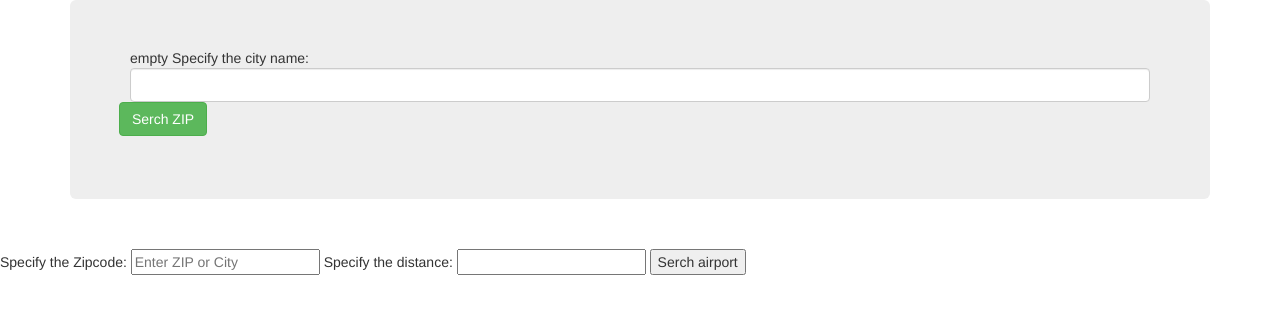
Repository: sjayach/CS320
Page: http://localhost/CS320/AirportDisplay
An editor plug-in stored every save of this project. The page is shown before and after the next save, followed by the edit.
The browser window is 1280 px wide. The pictures show the whole page.
The page is served by Tomcat 9. Other server files are loaded and not shown. Queries for data that is not in the repository find no rows.

Above is the page before, as saved 2015-06-14 05:39:47.

### CS320/WebContent/WEB-INF/jsp/homework3/Airports.jsp
<%@ page language="java" contentType="text/html; charset=ISO-8859-1"
    pageEncoding="ISO-8859-1"%>
    <%@ taglib prefix="c" uri="http://java.sun.com/jsp/jstl/core" %>
<!DOCTYPE html PUBLIC "-//W3C//DTD HTML 4.01 Transitional//EN" "http://www.w3.org/TR/html4/loose.dtd">
<html>
<head>
<meta http-equiv="Content-Type" content="text/html; charset=ISO-8859-1">
<link rel="stylesheet" href="https://maxcdn.bootstrapcdn.com/bootstrap/3.3.4/css/bootstrap.min.css">

<title>Insert title here</title>

</head>
<body>




 <div class="container">
<div class="jumbotron">
	<form  class="form-horizontal" action="AirportDisplay" method=post>
	<c:if test="${empty phonetic }">
		<c:out value="empty"></c:out>
	</c:if>
		<datalist id="cities">
			<c:forEach items="${ phonetic}" var="cityPhonetic">
    			<option value="${cityPhonetic}">

    		</c:forEach>
  		</datalist>
	Specify the city name:
	<input  class="form-control" type="text" name="city_name" list="cities">
	<div class="form-group">
	&nbsp;<input class="btn btn-success" type="submit" value="Serch ZIP" name="search_zip">
	</div>
	</form>
	</div>
	</div>
	<br />
	<form action="AirportDisplay" method=post>
		Specify the Zipcode:
		<input type="text" name="searchQuery" placeholder="Enter ZIP or City">
		Specify the distance:
		<input type="text" name="distance">
		<input type="submit" value="Serch airport" name="search_airport">
	</form>
	<c:if test="${not empty DisplayZip}">
		<div class="container">
			<table class="table table-bordered table-striped">
				<tr>
					<th>City</th>
					<th>ZipCode </th>
					<th>Map Thumbnail</th>
				</tr>
				<c:forEach items="${DisplayZip}" var="place" varStatus="stat">
					<tr>
						<td>${place.city}</td>
						<td>${place.zip}</td>
						<td><img alt="Map" src="https://maps.googleapis.com/maps/api/staticmap?&zoom=9&size=300x300&maptype=roadmap&markers=${place.latitude},${ place.longitude}"/></td>
					</tr>

				</c:forEach>
			</table>
		</div>
	</c:if>



	<c:if test="${not empty airports}">
		<div class="container">
			<table class="table table-bordered table-striped">
				<tr>
					<th>Airport</th>
					<th>Latitude</th>
					<th>Longitude</th>
					<th>Map Thumbnail</th>
				</tr>
				<c:forEach items="${ airports}" var="plot" varStatus="stat">
					<tr>
						<td>${plot.airport}</td>
						<td>${plot.latitude}</td>
						<td>${plot.longitude}</td>
						<td><img alt="Map" src="https://maps.googleapis.com/maps/api/staticmap?&zoom=9&size=300x300&maptype=roadmap&markers=${plot.latitude},${ plot.longitude}"/></td>


					</tr>
				</c:forEach>
			</table>

		</div>
	</c:if>

	<c:if test="${not empty cityAirport}">
		<div class="container">
			<table class="table table-bordered table-striped">
				<tr>
					<th>Airport</th>
				</tr>
				<c:forEach items="${cityAirport}" var="airport" varStatus="stat">
					<tr>
						<c:if test="${not empty airport}">
						<td>${airport}</td>
						</c:if>
					</tr>
				</c:forEach>
			</table>

		</div>
	</c:if>
	<c:if test="${not empty myVar}">
		<img alt="Map" src="https://maps.googleapis.com/maps/api/staticmap?&zoom=9&size=600x300&maptype=roadmap${myVar}">
	</c:if>
</body>
</html>

### CS320/src/homework3/AirportDisplay.java
package homework3;

import homework2.CS320User;

import java.io.IOException;
import java.sql.Connection;
import java.sql.Driver;
import java.sql.DriverManager;
import java.sql.ResultSet;
import java.sql.Statement;
import java.util.ArrayList;
import java.util.Arrays;
import java.util.HashSet;
import java.util.List;
import java.util.Set;

import javax.servlet.ServletContext;
import javax.servlet.ServletException;
import javax.servlet.annotation.WebServlet;
import javax.servlet.http.HttpServlet;
import javax.servlet.http.HttpServletRequest;
import javax.servlet.http.HttpServletResponse;

/**
 * Servlet implementation class AirportDisplay
 */
@WebServlet("/AirportDisplay")
public class AirportDisplay extends HttpServlet {
	private static final long serialVersionUID = 1L;
    private static int hit_counter = 0;

	public double calculateDistance(double lat1, double lon1, double lat2, double lon2) {


		double R = 6372.8;



        double dLat = Math.toRadians(lat2 - lat1);
        double dLon = Math.toRadians(lon2 - lon1);
        lat1 = Math.toRadians(lat1);
        lat2 = Math.toRadians(lat2);

        double a = Math.sin(dLat / 2) * Math.sin(dLat / 2) + Math.sin(dLon / 2) * Math.sin(dLon / 2) * Math.cos(lat1) * Math.cos(lat2);
        double c = 2 * Math.asin(Math.sqrt(a));
        return R * c;


	}


	public void init() throws ServletException {
		ServletContext context = this.getServletContext();
		if (context.getAttribute("PhoneticContext") == null) {
			String host = "cs3.calstatela.edu";
			String port = "3306";
			String dbName = "cs320stu47";
			String username = "cs320stu47";
			String password = "..7qX4#g";

			String url = "jdbc:mysql://" + host + ":" + port + "/" + dbName;

			try{
				// Dynamically include the MySQL Driver
				Class.forName("org.gjt.mm.mysql.Driver").newInstance();

				// Instantiate the Driver
				Driver driver = new org.gjt.mm.mysql.Driver();

				// Connect to the Database
				Connection connection =
						DriverManager.getConnection(url, username, password);

				// Create a Statement
				Statement statement = connection.createStatement();


				String phonetic_query = "SELECT city FROM zipcodes";
				ResultSet rs = statement.executeQuery(phonetic_query);
				List <String> phonetic = new ArrayList<String>();
				while ( rs.next() ){
					phonetic.add (rs.getString("city"));
				}
				Set<String> hs = new HashSet<>();
				hs.addAll(phonetic);
				phonetic.clear();
				phonetic.addAll(hs);
				System.out.println("phonetic" + phonetic.size());
				context.setAttribute("PhoneticContext", phonetic);
				connection.close();
			} catch(Exception e) {System.out.println("exception");}
		}
	}

	protected void doGet(HttpServletRequest request, HttpServletResponse response) throws ServletException, IOException {
		 ServletContext context = this.getServletContext();
		List<String> phonetic = (List<String>) context.getAttribute("PhoneticContext");
		request.setAttribute("phonetic", phonetic);
		request
		.getRequestDispatcher("/WEB-INF/jsp/homework3/Airports.jsp")
		.forward(request, response);
	}


	protected void doPost(HttpServletRequest request, HttpServletResponse response) throws ServletException, IOException {
		String host = "cs3.calstatela.edu";
		String port = "3306";
		String dbName = "cs320stu47";
		String username = "cs320stu47";
		String password = "..7qX4#g";

		String url = "jdbc:mysql://" + host + ":" + port + "/" + dbName;

		try{
			// Dynamically include the MySQL Driver
			Class.forName("org.gjt.mm.mysql.Driver").newInstance();

			// Instantiate the Driver
			Driver driver = new org.gjt.mm.mysql.Driver();

			// Connect to the Database
			Connection connection =
					DriverManager.getConnection(url, username, password);

			// Create a Statement
			Statement statement = connection.createStatement();

			// Create the Query

			ArrayList<AirportBean> zip_op =
					new ArrayList<AirportBean>();
			// Query the Database and get a reference to a Result Set
			if (request.getParameter("search_zip") != null ||
					request.getParameter("searchQuery") != null) {

				boolean isCity = true;
				String city_name = null;
				if (request.getParameter("searchQuery") != null) {
					try {
						int zip = Integer.parseInt(request.getParameter("searchQuery"));
						isCity = false;
					} catch(NumberFormatException e) {
						city_name = request.getParameter("searchQuery");
						isCity=true;
					}
				} else
					city_name=request.getParameter("city_name");

				if (isCity) {

					String query = "SELECT * FROM zipcodes WHERE city LIKE '%" + city_name + "%'";
					ResultSet resultSet = statement.executeQuery(query);

					while ( resultSet.next() ){
						String zip = resultSet.getString("zip");
						String city = resultSet.getString("city");
						double lat = resultSet.getDouble("latitude");
						double lon = resultSet.getDouble("longitude");
						zip_op.add(new AirportBean(zip, city, lat, lon));
					}
					if(request.getParameter("searchQuery") == null)
						request.setAttribute("DisplayZip", zip_op);
				}
			}


			if (request.getParameter("search_airport") != null) {
				String city;
				int zipcode = 0;
				boolean isZip;
				double distance = Double.parseDouble(request.getParameter("distance"));
				String airportQuery= "SELECT * FROM airports;";
				try {
					zipcode = Integer.parseInt(request.getParameter("searchQuery"));
					isZip = true;
				}
				catch(NumberFormatException e) {
					isZip = false;
				}




				if (isZip) {
					String queryname = "SELECT * FROM zipcodes WHERE zip=" + zipcode;
					System.out.println("Query" +queryname);
					ResultSet resultSet = statement.executeQuery(queryname);
					System.out.println("isZip " +isZip);
					double latitude = 0;
					double longitude = 0;

					while(resultSet.next()) {
						latitude = resultSet.getDouble("latitude");
						longitude = resultSet.getDouble("longitude");
					}

					ResultSet resultSet1 = statement.executeQuery(airportQuery);
					double airLat;
					double airLon;
					ArrayList<AirportBean> display_airport =
							new ArrayList<AirportBean>();
					while(resultSet1.next()) {
						airLat = resultSet1.getDouble("Latitude");
						airLon = resultSet1.getDouble("Longitude");
						String airport = resultSet1.getString("Airport");
						double km = calculateDistance(latitude, longitude, airLat, airLon);
						if (km <= distance){
							System.out.println("Airport " + airport + " Latitude " + airLat + " Longitude " +airLon);
							display_airport.add(new AirportBean(airport, airLat, airLon ));
						}
					}
					request.setAttribute("airports", display_airport);

				} else {
					double airLat;
					double airLon;
					ArrayList<AirportBean> display_airport =
							new ArrayList<AirportBean>();
					String [] airport_name = new String[2048];
					int i = 0;
					System.out.println("before "  + airportQuery);
					ResultSet resultSet1 = statement.executeQuery(airportQuery);
					System.out.println("Executed");
					while(resultSet1.next()) {
						airLat = resultSet1.getDouble("Latitude");
						airLon = resultSet1.getDouble("Longitude");
						String airport = resultSet1.getString("Airport");
						System.out.println("airport is " +airport +airLat+airLon);
						display_airport.add(new AirportBean(airport, airLat, airLon ));
					}

					for(AirportBean zip : zip_op) {
						for(AirportBean air : display_airport) {
							double km = calculateDistance(zip.latitude, zip.longitude, air.latitude, air.longitude);
							if (km <= distance) {

										airport_name[i] = air.airport;
										i++;

							}
						}
					}
					// Remove the duplicate entries of airport
				    Set<String> stringSet = new HashSet<>(Arrays.asList(airport_name));
				    String[] filteredArray = stringSet.toArray(new String[0]);
					for(i=0; i <filteredArray.length; i++)
						System.out.println( i +"Airport" +filteredArray[i]);
					request.setAttribute("cityAirport", filteredArray);

				}
			}
			connection.close();

		}catch(Exception e){};
		doGet(request,response);
	}

}

After the next save:
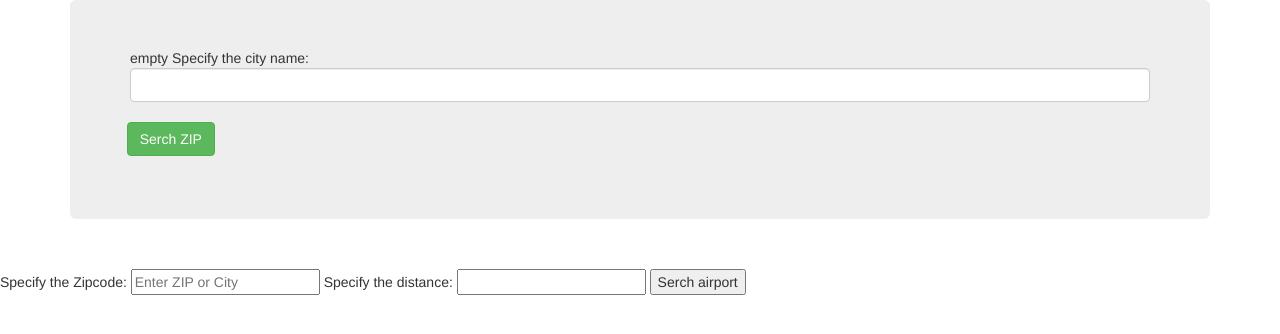
Saved 32 s later.
--- a/CS320/WebContent/WEB-INF/jsp/homework3/Airports.jsp
+++ b/CS320/WebContent/WEB-INF/jsp/homework3/Airports.jsp
@@ -29,8 +29,9 @@
   		</datalist>
 	Specify the city name:
 	<input  class="form-control" type="text" name="city_name" list="cities">
+	<br />
 	<div class="form-group">
-	&nbsp;<input class="btn btn-success" type="submit" value="Serch ZIP" name="search_zip">
+	&nbsp;&nbsp;&nbsp;<input class="btn btn-success" type="submit" value="Serch ZIP" name="search_zip">
 	</div>
 	</form>
 	</div>
